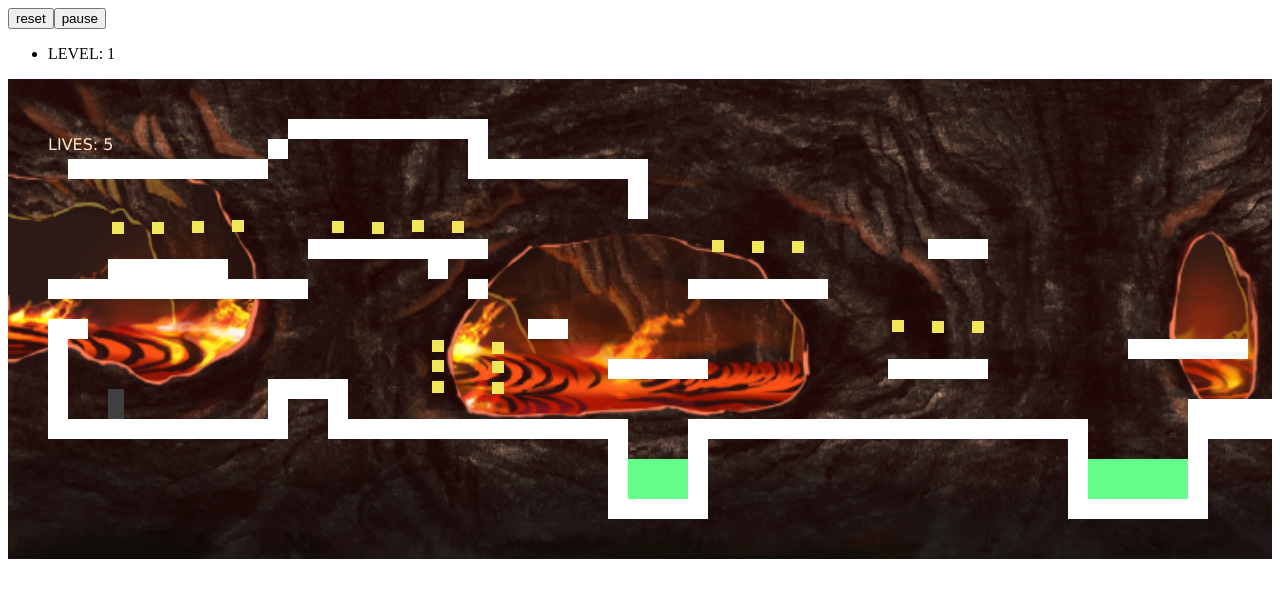
Repository: luccas-teddy/examenlucas
Page: index.html
These files come from the project's save history. The page is drawn as it stood at one moment and after the next save; the edit follows.
The browser window is 1280 px wide. The pictures show the whole page.

Above is the page before, as saved 2021-02-18 03:00:09.

### index.html
<!doctype html>
<table>
<tr>
  <button id="reset" class="gamebutton" onclick="this.blur();">reset</button>
  <button id="pause" class="gamebutton" onclick="this.blur();">pause</button>
</tr>


<ul>
  <li id="lives" class="statss">LIVES: 5</li>
  <li id="level" class="stats">LEVEL: 1</li>
</ul>
</table>


<script src="code/chapter/16_game.js"></script>
<script src="code/levels.js"></script>

<link rel="stylesheet" href="css/game.css">

<body>
  <script>
    runGame(GAME_LEVELS, DOMDisplay);
  </script>
</body>

### code/chapter/16_game.js
var simpleLevelPlan = `
......................
..#................#..
..#..............=.#..
..#.........o.o....#..
..#.@......#####...#..
..#####............#..
......#++++++++++++#..
......##############..
......................`;

var Level = class Level {
  constructor(plan) {
    let rows = plan.trim().split("\n").map(l => [...l]);
    this.height = rows.length;
    this.width = rows[0].length;
    this.startActors = [];

    this.rows = rows.map((row, y) => {
      return row.map((ch, x) => {
        let type = levelChars[ch];
        if (typeof type == "string") return type;
        this.startActors.push(
          type.create(new Vec(x, y), ch));
        return "empty";
      });
    });
  }
}

var State = class State {
  constructor(level, actors, status) {
    this.level = level;
    this.actors = actors;
    this.status = status;
  }

  static start(level) {
    return new State(level, level.startActors, "playing");
  }

  get player() {
    return this.actors.find(a => a.type == "player");
  }
}

var Vec = class Vec {
  constructor(x, y) {
    this.x = x; this.y = y;
  }
  plus(other) {
    return new Vec(this.x + other.x, this.y + other.y);
  }
  times(factor) {
    return new Vec(this.x * factor, this.y * factor);
  }
}

var Player = class Player {
  constructor(pos, speed) {
    this.pos = pos;
    this.speed = speed;
  }

  get type() { return "player"; }

  static create(pos) {
    return new Player(pos.plus(new Vec(0, -0.5)),
                      new Vec(0, 0));
  }
}

Player.prototype.size = new Vec(0.8, 1.5);

var Lava = class Lava {
  constructor(pos, speed, reset) {
    this.pos = pos;
    this.speed = speed;
    this.reset = reset;
  }

  get type() { return "lava"; }

  static create(pos, ch) {
    if (ch == "=") {
      return new Lava(pos, new Vec(2, 0));
    } else if (ch == "|") {
      return new Lava(pos, new Vec(0, 2));
    } else if (ch == "v") {
      return new Lava(pos, new Vec(0, 3), pos);
    }
  }
}

Lava.prototype.size = new Vec(1, 1);

var Coin = class Coin {
  constructor(pos, basePos, wobble) {
    this.pos = pos;
    this.basePos = basePos;
    this.wobble = wobble;
  }

  get type() { return "coin"; }

  static create(pos) {
    let basePos = pos.plus(new Vec(0.2, 0.1));
    return new Coin(basePos, basePos,
                    Math.random() * Math.PI * 2);
  }
}

Coin.prototype.size = new Vec(0.6, 0.6);

var levelChars = {
  ".": "empty", "#": "wall", "+": "lava",
  "@": Player, "o": Coin,
  "=": Lava, "|": Lava, "v": Lava
};

var simpleLevel = new Level(simpleLevelPlan);

function elt(name, attrs, ...children) {
  let dom = document.createElement(name);
  for (let attr of Object.keys(attrs)) {
    dom.setAttribute(attr, attrs[attr]);
  }
  for (let child of children) {
    dom.appendChild(child);
  }
  return dom;
}

var DOMDisplay = class DOMDisplay {
  constructor(parent, level) {
    this.dom = elt("div", {class: "game"}, drawGrid(level));
    this.actorLayer = null;
    parent.appendChild(this.dom);
  }

  clear() { this.dom.remove(); }
}

var scale = 20;

function drawGrid(level) {
  return elt("table", {
    class: "background",
    style: `width: ${level.width * scale}px`
  }, ...level.rows.map(row =>
    elt("tr", {style: `height: ${scale}px`},
        ...row.map(type => elt("td", {class: type})))
  ));
}

function drawActors(actors) {
  return elt("div", {}, ...actors.map(actor => {
    let rect = elt("div", {class: `actor ${actor.type}`});
    rect.style.width = `${actor.size.x * scale}px`;
    rect.style.height = `${actor.size.y * scale}px`;
    rect.style.left = `${actor.pos.x * scale}px`;
    rect.style.top = `${actor.pos.y * scale}px`;
    return rect;
  }));
}

DOMDisplay.prototype.syncState = function(state) {
  if (this.actorLayer) this.actorLayer.remove();
  this.actorLayer = drawActors(state.actors);
  this.dom.appendChild(this.actorLayer);
  this.dom.className = `game ${state.status}`;
  this.scrollPlayerIntoView(state);
};

DOMDisplay.prototype.scrollPlayerIntoView = function(state) {
  let width = this.dom.clientWidth;
  let height = this.dom.clientHeight;
  let margin = width / 3;

  // The viewport
  let left = this.dom.scrollLeft, right = left + width;
  let top = this.dom.scrollTop, bottom = top + height;

  let player = state.player;
  let center = player.pos.plus(player.size.times(0.5))
                         .times(scale);

  if (center.x < left + margin) {
    this.dom.scrollLeft = center.x - margin;
  } else if (center.x > right - margin) {
    this.dom.scrollLeft = center.x + margin - width;
  }
  if (center.y < top + margin) {
    this.dom.scrollTop = center.y - margin;
  } else if (center.y > bottom - margin) {
    this.dom.scrollTop = center.y + margin - height;
  }
};

Level.prototype.touches = function(pos, size, type) {
  var xStart = Math.floor(pos.x);
  var xEnd = Math.ceil(pos.x + size.x);
  var yStart = Math.floor(pos.y);
  var yEnd = Math.ceil(pos.y + size.y);

  for (var y = yStart; y < yEnd; y++) {
    for (var x = xStart; x < xEnd; x++) {
      let isOutside = x < 0 || x >= this.width ||
                      y < 0 || y >= this.height;
      let here = isOutside ? "wall" : this.rows[y][x];
      if (here == type) return true;
    }
  }
  return false;
};

State.prototype.update = function(time, keys) {
  let actors = this.actors
    .map(actor => actor.update(time, this, keys));
  let newState = new State(this.level, actors, this.status);

  if (newState.status != "playing") return newState;

  let player = newState.player;
  if (this.level.touches(player.pos, player.size, "lava")) {
    return new State(this.level, actors, "lost");
  }

  for (let actor of actors) {
    if (actor != player && overlap(actor, player)) {
      newState = actor.collide(newState);
    }
  }
  return newState;
};

function overlap(actor1, actor2) {
  return actor1.pos.x + actor1.size.x > actor2.pos.x &&
         actor1.pos.x < actor2.pos.x + actor2.size.x &&
         actor1.pos.y + actor1.size.y > actor2.pos.y &&
         actor1.pos.y < actor2.pos.y + actor2.size.y;
}

Lava.prototype.collide = function(state) {
  return new State(state.level, state.actors, "lost");
};

Coin.prototype.collide = function(state) {
  let filtered = state.actors.filter(a => a != this);
  let status = state.status;
  if (!filtered.some(a => a.type == "coin")) status = "won";
  return new State(state.level, filtered, status);
};

Lava.prototype.update = function(time, state) {
  let newPos = this.pos.plus(this.speed.times(time));
  if (!state.level.touches(newPos, this.size, "wall")) {
    return new Lava(newPos, this.speed, this.reset);
  } else if (this.reset) {
    return new Lava(this.reset, this.speed, this.reset);
  } else {
    return new Lava(this.pos, this.speed.times(-1));
  }
};

var wobbleSpeed = 8, wobbleDist = 0.07;

Coin.prototype.update = function(time) {
  let wobble = this.wobble + time * wobbleSpeed;
  let wobblePos = Math.sin(wobble) * wobbleDist;
  return new Coin(this.basePos.plus(new Vec(0, wobblePos)),
                  this.basePos, wobble);
};

var playerXSpeed = 7;
var gravity = 30;
var jumpSpeed = 17;

Player.prototype.update = function(time, state, keys) {
  let xSpeed = 0;
  if (keys.ArrowLeft) xSpeed -= playerXSpeed;
  if (keys.ArrowRight) xSpeed += playerXSpeed;
  let pos = this.pos;
  let movedX = pos.plus(new Vec(xSpeed * time, 0));
  if (!state.level.touches(movedX, this.size, "wall")) {
    pos = movedX;
  }

  let ySpeed = this.speed.y + time * gravity;
  let movedY = pos.plus(new Vec(0, ySpeed * time));
  if (!state.level.touches(movedY, this.size, "wall")) {
    pos = movedY;
  } else if (keys.ArrowUp && ySpeed > 0) {
    ySpeed = -jumpSpeed;
  } else {
    ySpeed = 0;
  }
  return new Player(pos, new Vec(xSpeed, ySpeed));
};

function trackKeys(keys) {
  let down = Object.create(null);
  function track(event) {
    if (keys.includes(event.key)) {
      down[event.key] = event.type == "keydown";
      event.preventDefault();
    }
  }
  window.addEventListener("keydown", track);
  window.addEventListener("keyup", track);
  return down;
}

var arrowKeys =
  trackKeys(["ArrowLeft", "ArrowRight", "ArrowUp"]);

function runAnimation(frameFunc) {
  let lastTime = null;
  function frame(time) {
    if (lastTime != null) {
      let timeStep = Math.min(time - lastTime, 100) / 1000;
      if (frameFunc(timeStep) === false) return;
    }
    lastTime = time;
    requestAnimationFrame(frame);
  }
  requestAnimationFrame(frame);
}

function runLevel(level, Display) {
  let display = new Display(document.body, level);
  let state = State.start(level);
  let ending = 1;
  return new Promise(resolve => {
    runAnimation(time => {
      state = state.update(time, arrowKeys);
      display.syncState(state);
      if (state.status == "playing") {
        return true;
      } else if (ending > 0) {
        ending -= time;
        return true;
      } else {
        display.clear();
        resolve(state.status);
        return false;
      }
    });
  });
}

async function runGame(plans, Display) {
  for (let level = 0; level < plans.length;) {
    let status = await runLevel(new Level(plans[level]),
                                Display);
    if (status == "won") level++;
  }
  console.log("You've won!");
}

### css/game.css
.background    { background-image:url(9d.png);
}

 .background     {background :rgb (55, 167, 250)
                  background-image:url(taza.jpg);
                  background-repeat :no-repeat;
                  background-size: cover ;
                   table-layout: fixed;
                   border-spacing:  0;   }

.background td   { padding: 0;   }
.lava            { background: rgb(100, 255, 139); }
.wall            { background: rgb(255, 255, 255);   }

.actor  { position: absolute;  }

.coin   { background: rgb(241, 229, 89); }
.player { background: rgb(64, 64, 64); }

.game {
  overflow: hidden;
  max-width: 1500px;
  max-height: 820px;
  position: relative;
}

.lost .player {
  background: rgb(64, 106, 160);
}
.won .player {
  box-shadow: -4px -7px 8px white, 4px -7px 8px white;
}
stats{
     list-style-type: none;
  font-family: "jack Sans", "Lucida Sans Regular", "jack Grande",
    "jak Sans Unicode", Geneva, Verdana, sans-serif;
  text-transform: uppercase;
  color: rgb(199, 300, 255);
  z-index: 10;
  position: absolute;
  text-align: left;
  margin-top: 50px;
}
.statss{
   list-style-type: none;
  font-family: "Lucida Sans", "Lucida Sans Regular", "Lucida Grande",
    "jack Sans Unicode", Geneva, Verdana, sans-serif;
  text-transform: uppercase;
  color: bisque;
  z-index: 11;
  position: absolute;
  text-align: left;
  margin-top: 90px;
}

Loaded but not shown: code/levels.js (221 lines, source omitted)

After the next save:
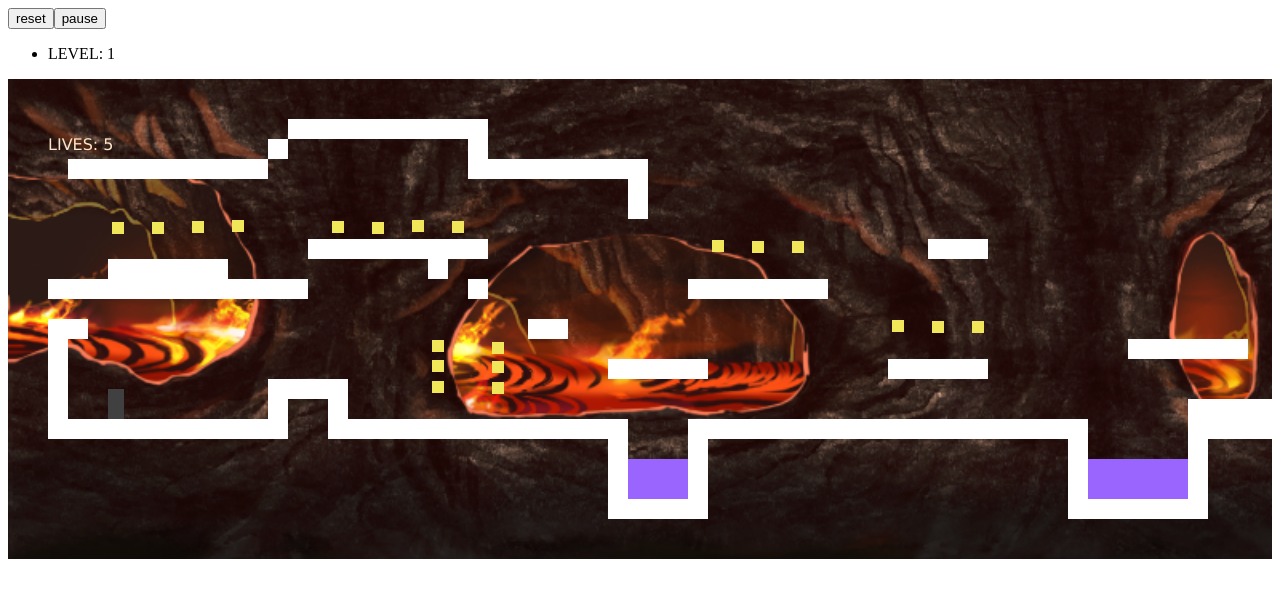
Saved 22 s later.
--- a/css/game.css
+++ b/css/game.css
@@ -9,7 +9,7 @@
                    border-spacing:  0;   }
 
 .background td   { padding: 0;   }
-.lava            { background: rgb(100, 255, 139); }
+.lava            { background: rgb(154, 100, 255); }
 .wall            { background: rgb(255, 255, 255);   }
 
 .actor  { position: absolute;  }
